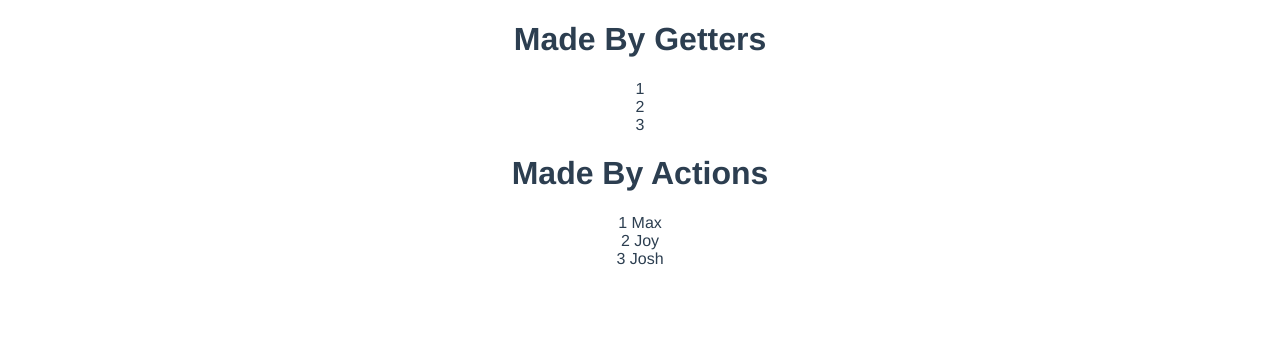
Repository: HaoMiffy/Vue3-compositionAPI-vuex-axios
Page: /
An editor plug-in stored every save of this project. The page is shown before and after the next save, followed by the edit.
The browser window is 1280 px wide. The pictures show the whole page.
The project was rebuilt for these pictures with package versions that can differ from the ones it lists, and the page was loaded fresh each time. Also part of the build but not shown: vue.config.js, src/components/HelloWorld.vue, src/views/HomeView.vue.

Above is the page before, as saved 2022-12-13 16:25:55.

### src/main.js
import { createApp } from 'vue'
import App from './App.vue'
import router from './router'
import store from './store'
import axios from 'axios'
import VueAxios from 'vue-axios'



createApp(App).use(VueAxios, axios).use(store).use(router).mount('#app')

### src/App.vue
<template>
  <div class="hello">
    <h1>{{ msg }}</h1>
    <h1>Made By Getters</h1>
    <div v-for="user in getUsers.posts" :key="user.id">
      {{ user.title }}
    </div>
    <h1>Made By Actions</h1>
    <div v-for="user in users.datas" :key="user.id">
      {{ user.id }} {{ user.name }} {{ user.address }}
    </div>
  </div>
</template>

<script >
export default{
  computed:{
     users(){
      return this.$store.state.users
    },
    getUsers(){
      return this.$store.state.users
    }
  },
  mounted(){
    this.$store.dispatch("fetchUsers");
  },
  data() {
    return {

    }
  },
}
</script>
import { ref, onMounted, computed } from "vue";
import { useStore } from "vuex";
const store = useStore();
const msg = ref("Welcome to my Vuex Store");
const getUsers = computed(() => {
  return store.state.users;
});
const users = computed(() => {
  return store.state.users;
});
onMounted(() => {
  store.dispatch("fetchUsers");
});




<style>
#app {
  font-family: Avenir, Helvetica, Arial, sans-serif;
  -webkit-font-smoothing: antialiased;
  -moz-osx-font-smoothing: grayscale;
  text-align: center;
  color: #2c3e50;
}

nav {
  padding: 30px;
}

nav a {
  font-weight: bold;
  color: #2c3e50;
}

nav a.router-link-exact-active {
  color: #42b983;
}
</style>

### src/store/index.js
import { createStore } from 'vuex'
import axios from 'axios'



export default createStore({
  state: {
    users:[]
  },
  getters: {
  },
  actions: {
    async fetchUsers({ commit }) {
      try {
        const res = await axios.get(
          "/data.json"
        );
        commit("SET_USERS", res.data);
      } catch (error) {
        alert(error);
        console.log(error);
      }
    },
  },
  //to handle mutations
  mutations: {
    SET_USERS(state, data) {
      state.users = data;
    },
  },
  modules: {
  }
})

### public/data.json
{
    "title":"table",
    "datas":[
        {
            "id":1,
            "name":"Max"
        },
        {
            "id":2,
            "name":"Joy"
        },
        {
            "id":3,
            "name":"Josh"
        }
    ],
    "posts":[
        {
            "title":1
        },
        {
            "title":2
        },
        {
            "title":3
        }
    ]
}

Loaded but not shown: public/index.html (common file); src/router/index.js (common file)

After the next save:
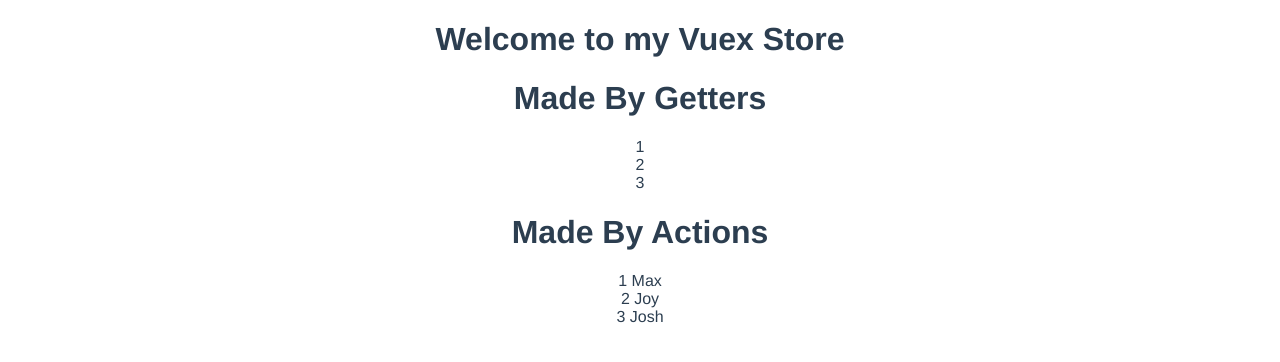
Saved 18 s later.
--- a/src/App.vue
+++ b/src/App.vue
@@ -27,7 +27,7 @@
   },
   data() {
     return {
-
+      msg:"Welcome to my Vuex Store"
     }
   },
 }
